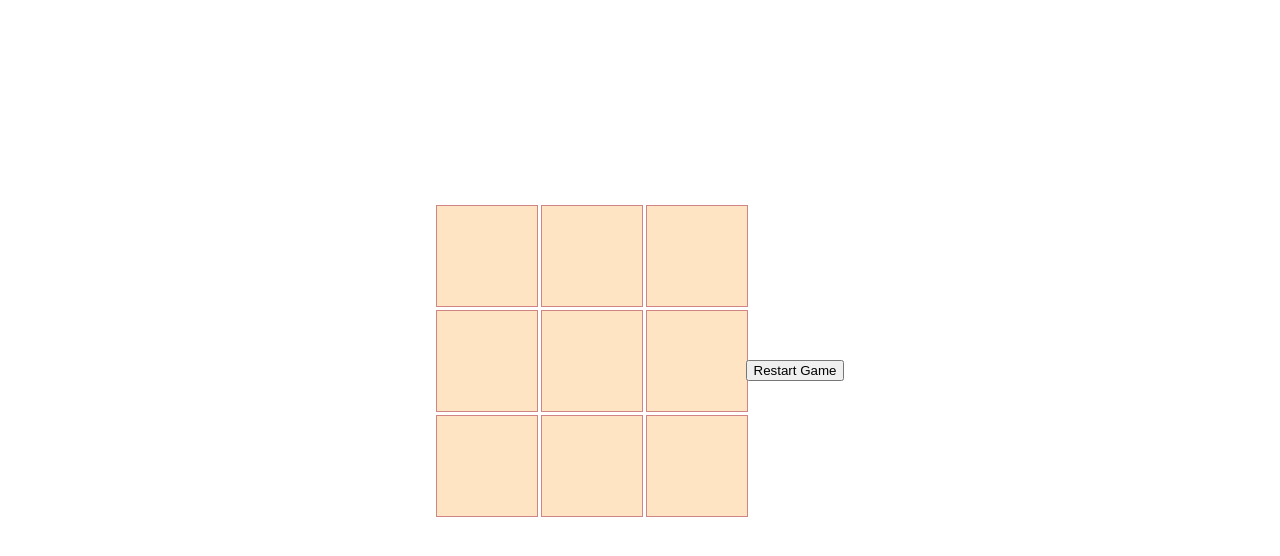
Repository: Suonii/Mo
Page: index.html
These files come from the project's save history. The page is drawn as it stood at one moment and after the next save; the edit follows.
The browser window is 1280 px wide. The pictures show the whole page.

Above is the page before, as saved 2024-07-27 16:08:48.

After the next save:
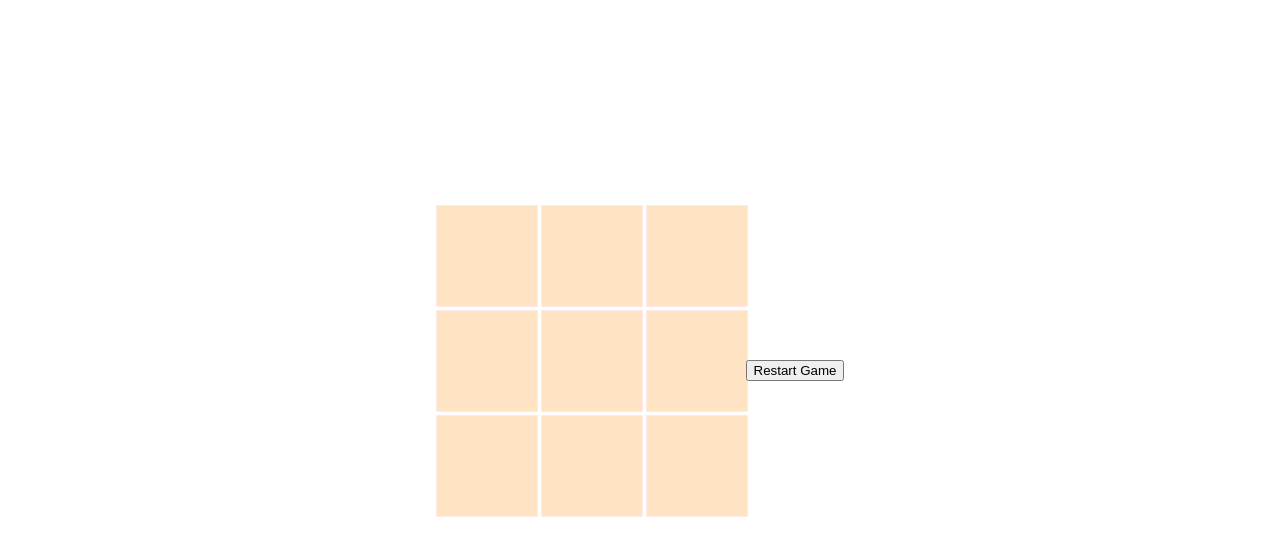
Saved 12 s later.
--- a/style.css
+++ b/style.css
@@ -23,7 +23,7 @@ body {
     justify-content: center;
     font-size: 2em;
     cursor: pointer;
-    border: 1px solid #d08585;
+    border: 1px solid #ffe8e8;
 }
 
 .cell:hover {
